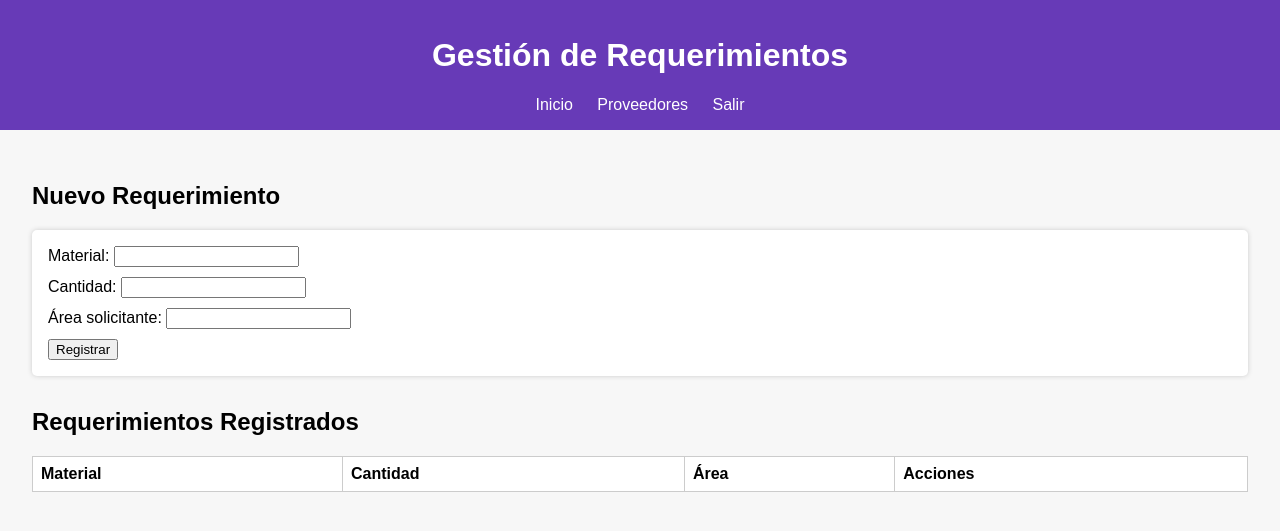
Repository: djkeviin/Mi-primera-chamba
Page: views/requerimientos.html
These files come from the project's save history. The page is drawn as it stood at one moment and after the next save; the edit follows.
The browser window is 1280 px wide. The pictures show the whole page.

Above is the page before, as saved 2025-05-01 22:36:09.

After the next save:
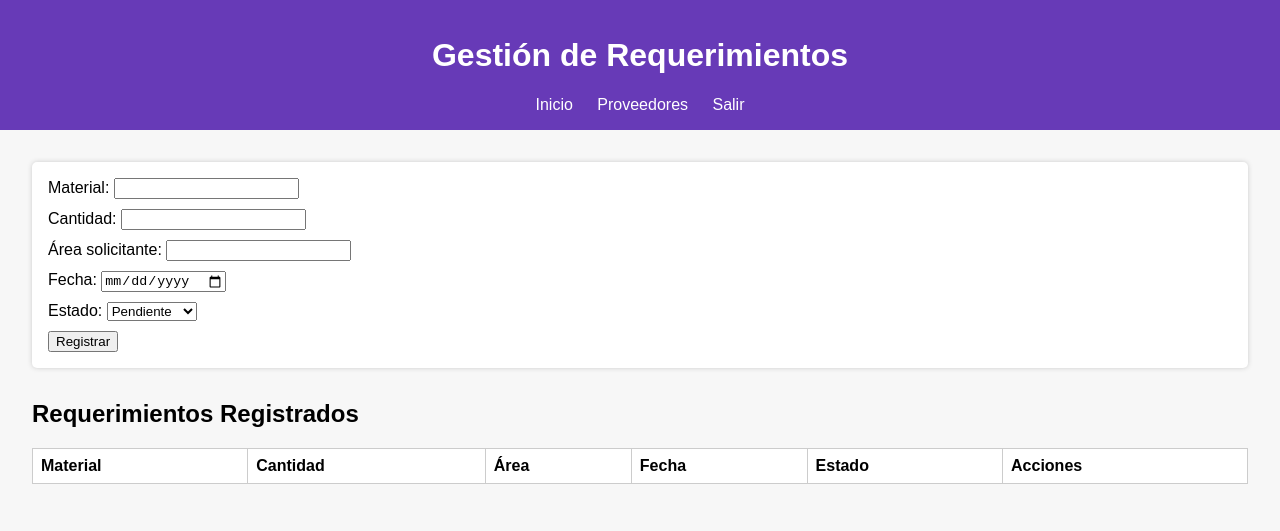
Saved 9 min 27 s later.
--- a/views/requerimientos.html
+++ b/views/requerimientos.html
@@ -16,21 +16,28 @@
   </header>
 
   <main>
-    <section class="formulario">
-      <h2>Nuevo Requerimiento</h2>
-      <form id="formRequerimiento">
+    <form id="formRequerimiento">
         <label>Material:
-          <input type="text" name="material" required>
+          <input type="text" id="material" name="material" required>
         </label>
         <label>Cantidad:
-          <input type="number" name="cantidad" required>
+          <input type="number" id="cantidad" name="cantidad" required>
         </label>
         <label>Área solicitante:
-          <input type="text" name="area" required>
+          <input type="text" id="area" name="area" required>
+        </label>
+        <label>Fecha:
+          <input type="date" id="fecha" name="fecha" required>
+        </label>
+        <label>Estado:
+          <select id="estado" name="estado" required>
+            <option value="pendiente">Pendiente</option>
+            <option value="aprobado">Aprobado</option>
+            <option value="rechazado">Rechazado</option>
+          </select>
         </label>
         <button type="submit">Registrar</button>
       </form>
-    </section>
 
     <section class="lista">
       <h2>Requerimientos Registrados</h2>
@@ -40,11 +47,13 @@
             <th>Material</th>
             <th>Cantidad</th>
             <th>Área</th>
+            <th>Fecha</th>
+            <th>Estado</th>
             <th>Acciones</th>
           </tr>
         </thead>
         <tbody id="tablaRequerimientos">
-          <!-- Datos dinámicos -->
+          <!-- Requerimientos dinámicos -->
         </tbody>
       </table>
     </section>
